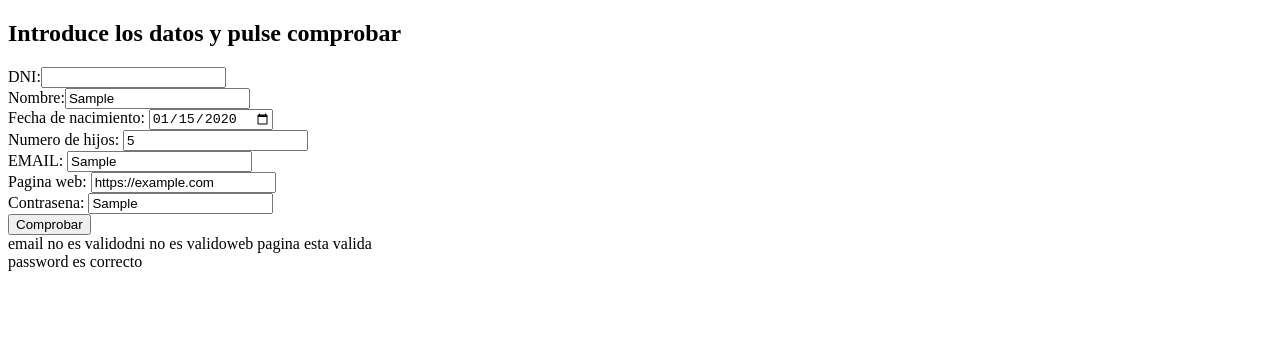
Repository: KoTvTrysaX01/2DAW-Desarrollo-WEB-en-Entorno-Cliente
Page: JAVASCRIPT/UD2/practica5/Actividad1/index.html
These files come from the project's save history. The page is drawn as it stood at one moment and after the next save; the edit follows.
The browser window is 1280 px wide. The pictures show the whole page.
Empty fields were first filled with sample values (such as "Sample", 5 or name@example.com).
After loading, the first visible `#registartionForm` was submitted once.

Above is the page before, as saved 2025-11-01 17:07:13.
Console error: TypeError: Cannot read properties of undefined (reading 'value')

### JAVASCRIPT/UD2/practica5/Actividad1/index.html
<!DOCTYPE html>
<html>
  <body>
    <h2>Introduce los datos y pulse comprobar</h2>
    <form id = "registartionForm" name="form1" method="post" action="" target=" _blank">
        DNI:<input id="dni" type="text" name="dni" ><br>
        Nombre:<input id="nombre" type="text" name="nombre" ><br>
        Fecha de nacimiento: <input id="fecha" type="date" name="fecha" ><br>
        Numero de hijos: <input type="number" name="hijos" id = "hijos" min = "0"><br>
        EMAIL: <input id = "email" type="text" name="email" ><br>
        Pagina web: <input type="url" name="web" id = "pagina" placeholder="http://www.ejemplo.com" required><br>
        Contrasena: <input type="text" name="contrasena" id = "password" ><br>
        <input type="submit" value = "Comprobar">
    </form>


    <div id="errorMessages"></div>
    <script src="script.js"></script>
  </body>
</html>

### JAVASCRIPT/UD2/practica5/Actividad1/script.js
let form = document.getElementById("registartionForm");
let emailInput = document.getElementById("email");
let error = document.getElementById("errorMessages");
let dni = document.getElementById("dni")
let passw = document.getElementById("password")
let web = document.getElementById("pagina")
let hijos = document.getElementById("hijos")
let nombreInput = document.getElementById("nombre")
let fecha = document.getElementById("fecha")
form.addEventListener("submit", (e) => {
  e.preventDefault();
  const emailForm = emailInput.value.trim();
  const password = passw.value.trim()
  function validEmail(emailForm) {
    return /^[a-z]*[@]{1}[a-z]*[\.]{1}[a-z]{2,3}$/g.test(emailForm);

  }
    function esValido(emailForm) {
      if (validEmail(emailForm)) {
        error.innerHTML = "email  e valido";
      } else {
        error.innerHTML = "email no es valido";
      }
    }
    esValido(emailForm);

    function validarDni(dni) {

      return /^[XYZ]?\d{5,8}[TRWAGMYFPDXBNJZSQVHLCKET]$/.test(dni)
    }
    function esValidoDni() {
      const valor = dni.value.trim();
      if (validarDni(valor)) {
        error.innerHTML += "dni es valido"
      } else {
        error.innerHTML += "dni no es valido"
        dni.value = ""
      }
    }
    esValidoDni()

    function validWeb(url) {
          return /^https?:\/\/(?:www\.)?[a-zA-Z0-9\-]+\.[a-zA-Z]{2,}(?:\/.*)?$/.test(url);
        }
    function esValidoWeb() {
      const urlvalid = web.value.trim()
      if(validWeb(urlvalid)) {
        error.innerHTML +="web pagina esta valida<br>"
      } else {
        error.innerHTML += "web pagina no esta valida<br>"
        web.value = " "

      }
    }
    esValidoWeb()

     function validarContrasena(passwor) {
      var p = passwor.length
      if(p <8 || p >10) {
        error.innerHTML += "password es correcto<br>"
      } else {
         error.innerHTML += "password  no es correcto<br>"
         passw.value = ""
      }
     }
     validarContrasena(password)

     function validHijos(hijos) {
      const valorHijos = Number(hijos.value)
      if(isNaN(valorHijos) || valorHijos < 0 || valorHijos > 10) {
        error.innerHTML += "numero de hijos no esta correcto<br>"
         hijos.value = ""

      } else {
         error.innerHTML += "numero de hijos esta correcto<br>"

      }
     }
     validHijos()
    const nom = nombreInput.value.trim()
     function validNombre(nombres) {
      return /^[a-zA-ZáéíóúÁÉÍÓÚñÑ]{2,40}( [a-zA-ZáéíóúÁÉÍÓÚñÑ]{2,40}){1,3}$/.test(nombres)
     }
     function isvalidNombre(nombres){
      if(validNombre(nombres)) {
         error.innerHTML += "nombre esta correcto<br>"
      } else {
         error.innerHTML += "nombre no esta correcto<br>"
         nombreInput.value = ""
      }
      }
     isvalidNombre(nom)

     const fechaValor = fecha.value.trim();

     function validFecha(fecha) {
          return /^(19|20)\d{2}-(0[1-9]|1[0-2])-(0[1-9]|[12]\d|3[01])$/.test(fecha)
     }
     function esValidFecha(fecha) {
      if (validFecha(fecha)) {
         error.innerHTML += "fecha esta correcto<br>"
      } else {
         error.innerHTML += "fecha no esta correcto<br>"
         fecha.value= ""
      }
     }
     console.log(fechaValor)

     esValidFecha(fechaValor)


});

After the next save:
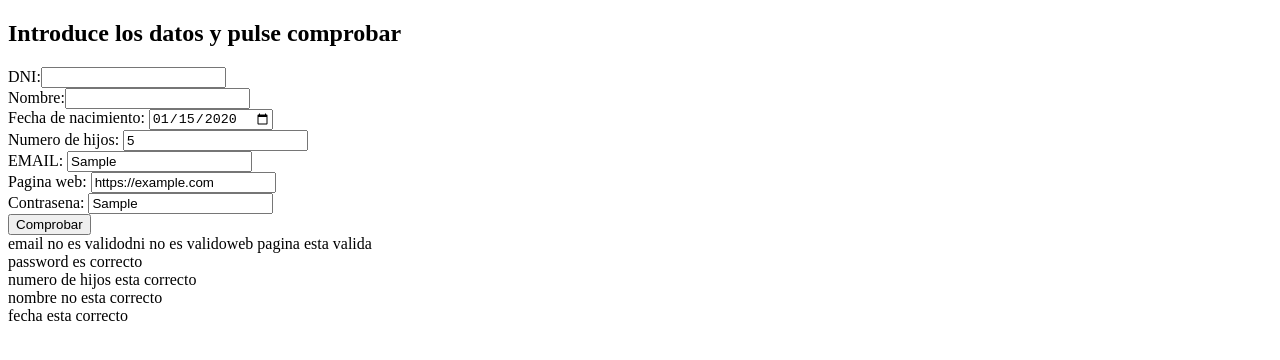
The error is gone.
Saved 111 s later.
--- a/JAVASCRIPT/UD2/practica5/Actividad1/script.js
+++ b/JAVASCRIPT/UD2/practica5/Actividad1/script.js
@@ -76,7 +76,7 @@ form.addEventListener("submit", (e) => {
 
       }
      }
-     validHijos()
+     validHijos(hijos)
     const nom = nombreInput.value.trim()
      function validNombre(nombres) {
       return /^[a-zA-ZáéíóúÁÉÍÓÚñÑ]{2,40}( [a-zA-ZáéíóúÁÉÍÓÚñÑ]{2,40}){1,3}$/.test(nombres)
